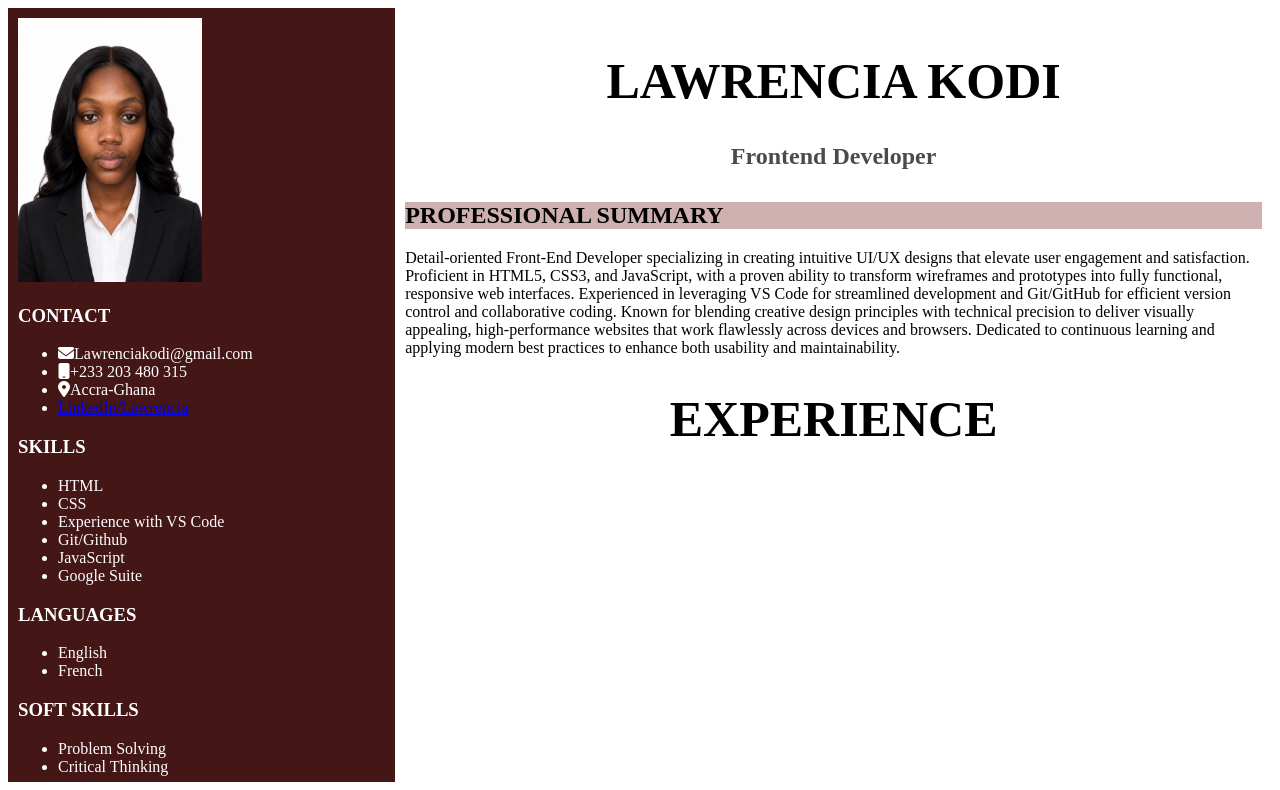
Repository: lawrencia-coder/T4G_CV
Page: index.html
These files come from the project's save history. The page is drawn as it stood at one moment and after a run of saves; the edit follows.
The browser window is 1280 px wide. The pictures show the whole page.
Some icons come from a web library that is not loaded, so they are not drawn. Some web libraries are served in a nearby version.

Above is the page before, as saved 2026-07-14 08:11:35.

After the next 3 saves:
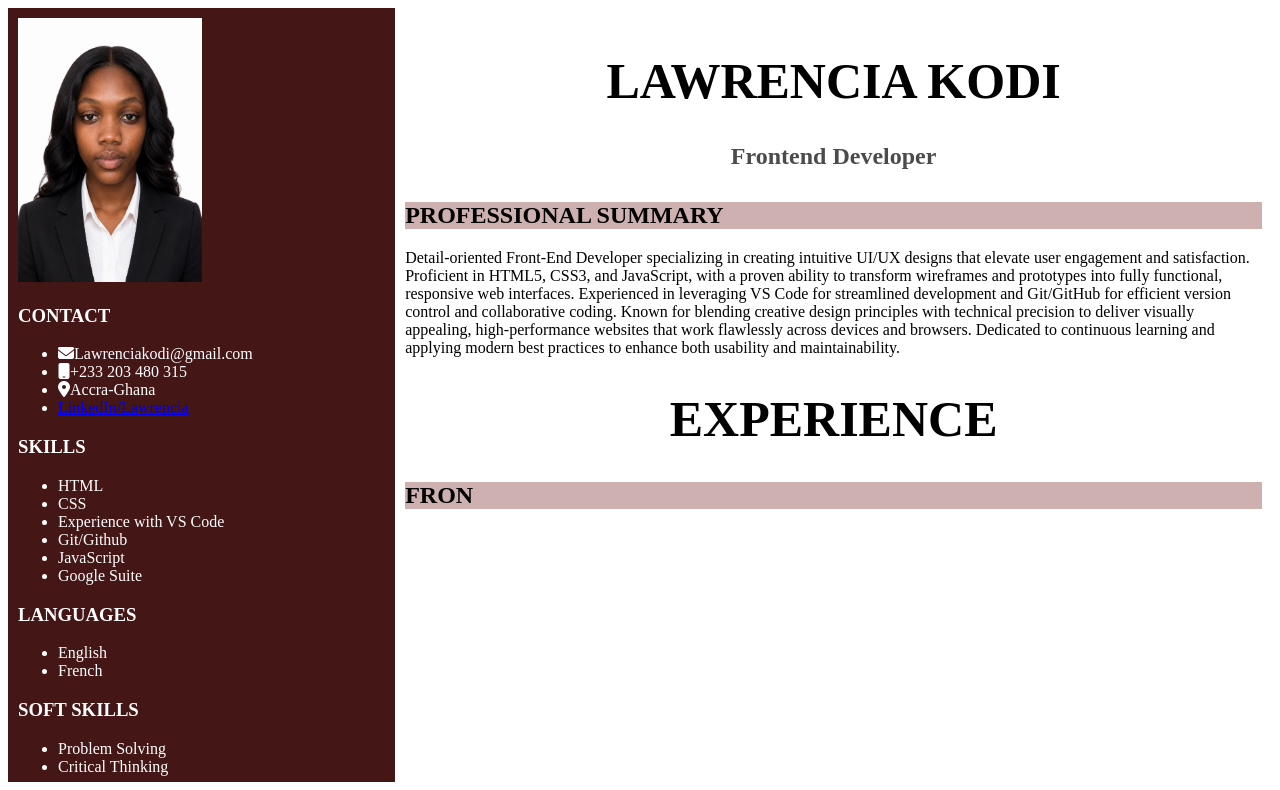
The 3 saves are shown as one change because they came seconds apart.
The last was saved 9 s later.
--- a/index.html
+++ b/index.html
@@ -62,7 +62,7 @@
                 </p>
 
                 <h1>EXPERIENCE</h1>
-                <h2></h2>
+                <h2>FRON</h2>
          </div>
     </div>
 
